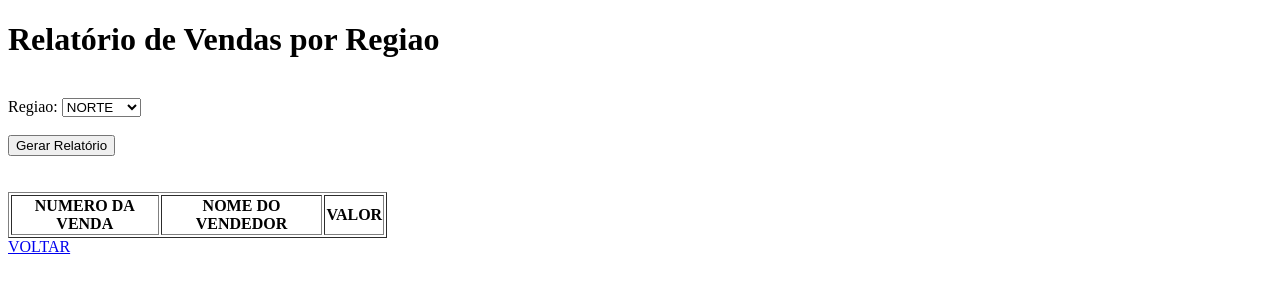
Repository: gabriellacrystina/workspaceWeb
Page: http://localhost/PrjVendas/RelatorioVendasRegiao.jsp
An editor plug-in stored every save of this project. The page is shown before and after the next save, followed by the edit.
The browser window is 1280 px wide. The pictures show the whole page.
The page is served by Tomcat 9.

Above is the page before, as saved 2015-09-23 18:33:41.

After the next save:
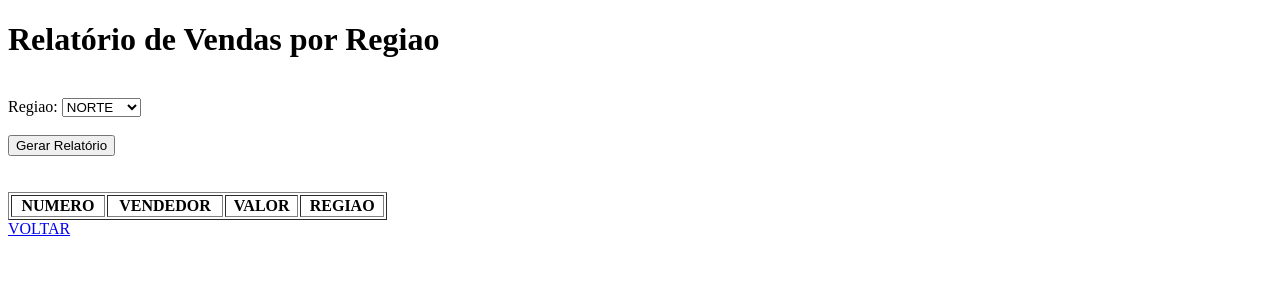
Saved 5 min 55 s later.
--- a/PrjVendas/WebContent/RelatorioVendasRegiao.jsp
+++ b/PrjVendas/WebContent/RelatorioVendasRegiao.jsp
@@ -35,9 +35,10 @@
 		<table border="1" style="width:30%">
 			<thead>
 				<tr>
-					<th>NUMERO DA VENDA</th>
-					<th>NOME DO VENDEDOR</th>
+					<th>NUMERO</th>
+					<th>VENDEDOR</th>
 					<th>VALOR</th>
+					<th>REGIAO</th>
 				</tr>
 			</thead>
 			<%
@@ -48,6 +49,7 @@
 							<td><center><%= vendas.getNumeroVenda() %></center></td>
 							<td><center><%= vendas.getVendedor().getNome() %></center></td>
 							<td><center><%= vendas.getValorVenda() %></center></td>
+							<td><center><%= vendas.getRegiao() %></center></td>
 						</tr>
 				<%
 				}
